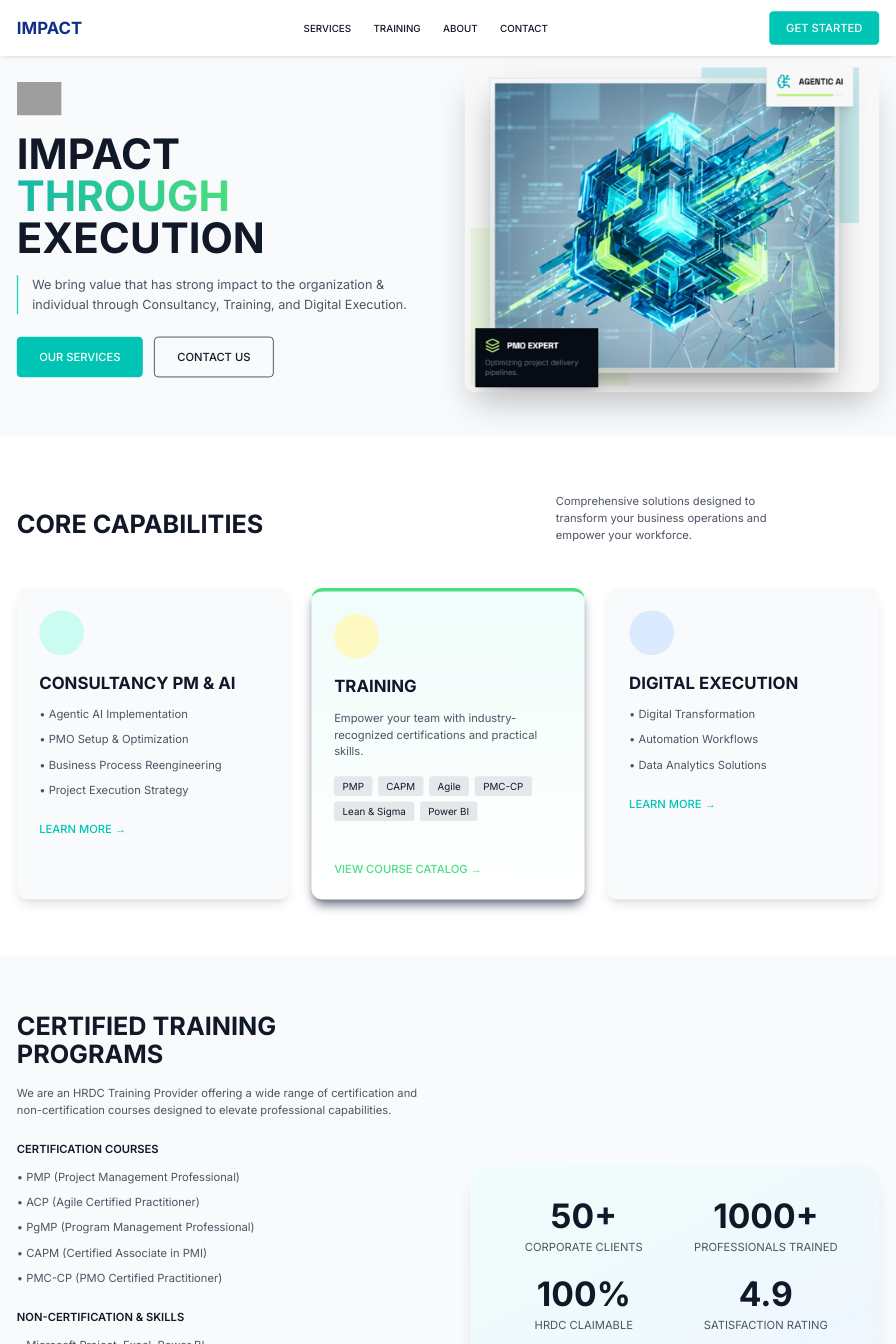
Repository: hsuntariq/web-pages
Page: impact/index.html
These files come from the project's save history. The page is drawn as it stood at one moment and after a run of saves; the edit follows.
The browser window is 1280 px wide. The pictures show the part of the page from y = 0 to 1920 px (the page is 4097 px tall), at 70% of full size.
Pictures or frames that could not be fetched are drawn as grey boxes. Some web libraries are served in a nearby version.

Above is the page before, as saved 2025-12-28 20:25:58.

After the next 3 saves:
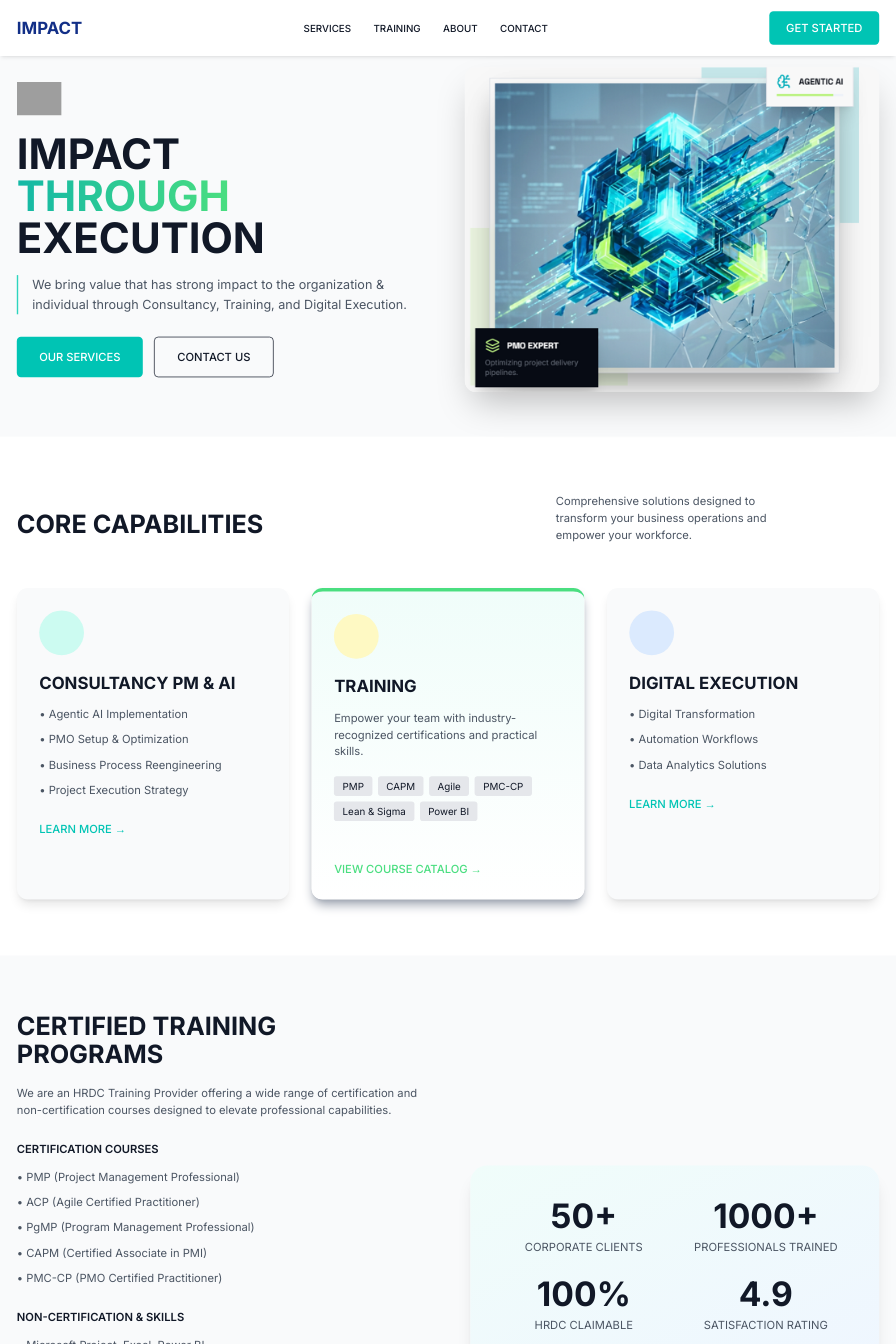
The 3 saves are shown as one change because they came seconds apart.
The last was saved 25 s later.
--- a/impact/index.html
+++ b/impact/index.html
@@ -146,7 +146,7 @@
           </div>
           <!-- Training -->
           <div
-            class="bg-gradient-to-b from-teal-50 to-white rounded-2xl shadow-2xl shadow-gray-500 border-e-0 border-s-0 border-b-0 border-[5px] p-8 shadow-lg border border-green-400"
+            class="bg-gradient-to-b from-teal-50 to-white rounded-2xl shadow-2xl shadow-gray-400 border-e-0 border-s-0 border-b-0 border-[5px] p-8 shadow-lg border border-green-400"
           >
             <div class="bg-yellow-100 w-16 h-16 rounded-full mb-6"></div>
             <h3 class="text-2xl font-bold mb-4">TRAINING</h3>
